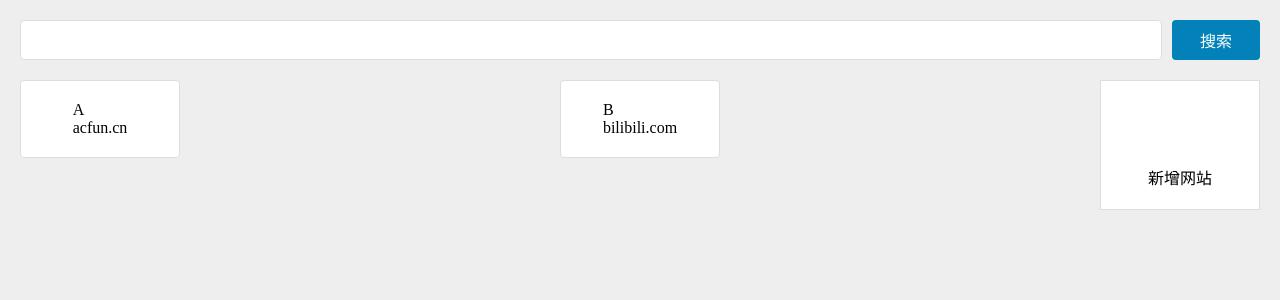
Repository: invierno123/nav
Page: index.html
The author's editor kept a copy of each file at every save. The page is drawn from the files as they stood at one save, then again after the next save.
The browser window is 1280 px wide. The pictures show the whole page.

Above is the page before, as saved 2020-11-20 22:11:18.

### index.html
<!DOCTYPE html>
<html lang="en">
<head>
    <meta charset="UTF-8">
    <meta name="viewport" content="width=device-width,initial-scale=1,minimum-scale=1,maximum-scale=1,user-scalable=no,viewport-fit=cover">
    <title>前端导航</title>
    <style type="text/css">
        .icon {
           width: 1em; height: 1em;
           vertical-align: -0.15em;
           fill: currentColor;
           overflow: hidden;
        }
    </style>
    <link rel="stylesheet" href="./style.css">
</head>
<body>
    <header class="globalHeader">
        <form class="searchForm" method="get"
        action="https://www.baidu.com/s"
        >
            <input name='wd' type="text">
            <!--搜索关键字wd(word) -->
            <button type="submit">搜索</button>
        </form>
    </header>
    <main class="globalMain">
        <ul class="siteList">

            <li class="last">
                <div class="addButton">
                    <div class="icon-wrapper">
                        <svg class="icon" >
                            <use xlink:href="#icon-jia"></use>
                        </svg>
                    </div>
                        <div class="text">新增网站</div>
                </div>
            </li>
        </ul>
    </main>
    <script src="https://cdn.bootcdn.net/ajax/libs/jquery/3.5.1/jquery.min.js"></script>
    <script src="//at.alicdn.com/t/font_2184378_hvukz9lc81.js"></script>
    <script src="main.js"></script>
</body>
</html>

### style.css
/*css reset */
* {
  box-sizing: border-box;
}
* {
  margin: 0;
  padding: 0;
}
*:before,
*:after {
  box-sizing: border-box;
}
ul,
ol {
  list-style: none;
}
a {
  color: inherit;
  text-decoration: none;
}
img {
  max-width: 100%;
}
body {
  background-color: #eee;
}
.globalHeader {
  margin: 20px;
}
.searchForm {
  display: flex;
  justify-content: space-between;
}
.searchForm > input {
  width: 100%;
  margin-right: 10px;
  height: 40px;
  padding: 0 10px;
  border: 1px solid #ddd;
  border-radius: 4px;
}
.searchForm > button {
  white-space: nowrap;
  padding: 0 28px;
  border: none;
  border-radius: 4px;
  background: #0282b9;
  color: white;
  font-size: 16px;
}
.siteList {
  display: flex;
  justify-content: space-between;
  flex-wrap: wrap;
  margin: 20px;
}
.siteList > li {
  margin-bottom: 10px;
}
.siteList .site {
  /*注意.siteList和.site之间的空格*/
  border: 1px solid green;
  width: 160px;
  display: flex;
  justify-content: center;
  align-items: center;
  flex-direction: column;
  background: white;
  border: 1px solid #ddd;
  border-radius: 4px;
  padding: 20px 0;
}
.siteList .site > .logo {
  width: 64px;
  height: 64px;
  display: flex;
  justify-content: center;
  align-items: center;
  font-size: 64px;
}
.siteList .site > .link {
  font-size: 14px;
  margin-top: 4px;
}
.siteList .addButton {
  width: 160px;
  background: white;
  display: flex;
  justify-content: center;
  align-items: center;
  flex-direction: column;
  padding: 20px 0;
  border: 1px solid #ddd;
}
.siteList .addButton .icon {
  width: 56px;
  height: 56px;
}
.siteList .addButton .icon-wrapper {
  width: 64px;
  height: 64px;
  display: flex;
  justify-content: center;
  align-items: center;
}

### main.js
const $siteList = $('.siteList')
const $lastLi = $siteList.find('li.last')
const x = localStorage.getItem('x')
const xObject = JSON.parse(x)
const hashMap = xObject||[{logo:'A',logoType:'text',url:'https://www.acfun.cn'},{logo:'B',logoType:'text',url:"https://www.bilibili.com/"}]

const simplifyUrl=(url)=>{
    return url.replace("https://",'')
    .replace('http://','')
    .replace('www.','')
    .replace(/\/.*/,'')//删除/开头结尾内容
}


 const render = ()=>{
    $siteList.find('li:not(.last)').remove()
    hashMap.forEach(node=>{
     const $li = $(`<li>
     <a href="${node.url}">
         <div class="site">
             <div class="logo">${node.logo[0]}</div>
             <div class="link">${simplifyUrl(node.url)}</div>
             <div>
         </div>
     </a>
  </li>`).insertBefore($lastLi)
 })
}
render()
 $('.addButton').on('click',()=>{
    let url = window.prompt('请问你要添加的网址是啥？')
    if(url.indexOf('http'!==0)){
        url = 'https://' + url

    }
    hashMap.push({logo:simplifyUrl(url)[0].toUpperCase(),logoType:'text',url:url})

   render()
})
window.onbeforeunload=()=>{
    const string = JSON.stringify(hashMap)
    localStorage.setItem('x',string)
}

After the next save:
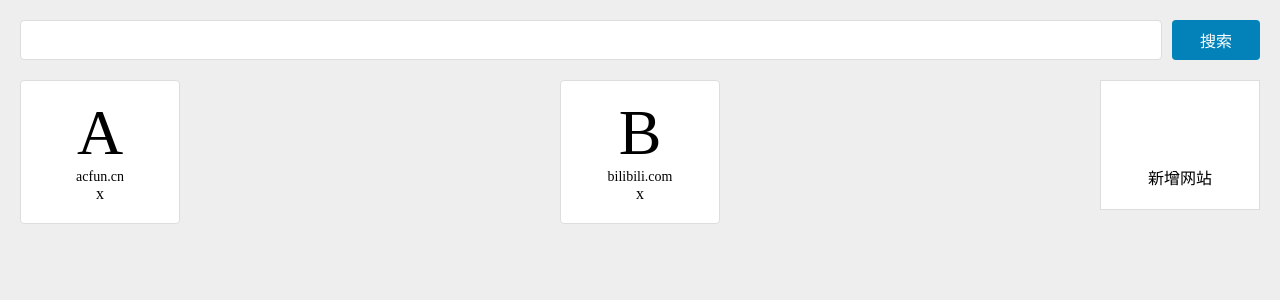
Saved 52 s later.
--- a/main.js
+++ b/main.js
@@ -20,7 +20,7 @@ const simplifyUrl=(url)=>{
          <div class="site">
              <div class="logo">${node.logo[0]}</div>
              <div class="link">${simplifyUrl(node.url)}</div>
-             <div>
+             <div class="close">x</div>
          </div>
      </a>
   </li>`).insertBefore($lastLi)
